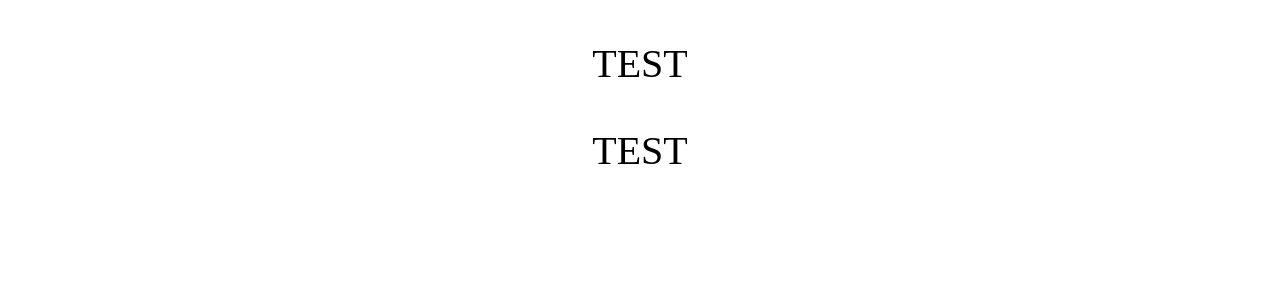
Repository: dreadlocker/testingOnPhones
Page: index.html
These files come from the project's save history. The page is drawn as it stood at one moment and after the next save; the edit follows.
The browser window is 1280 px wide. The pictures show the whole page.

Above is the page before, as saved 2018-06-01 18:26:35.

After the next save:
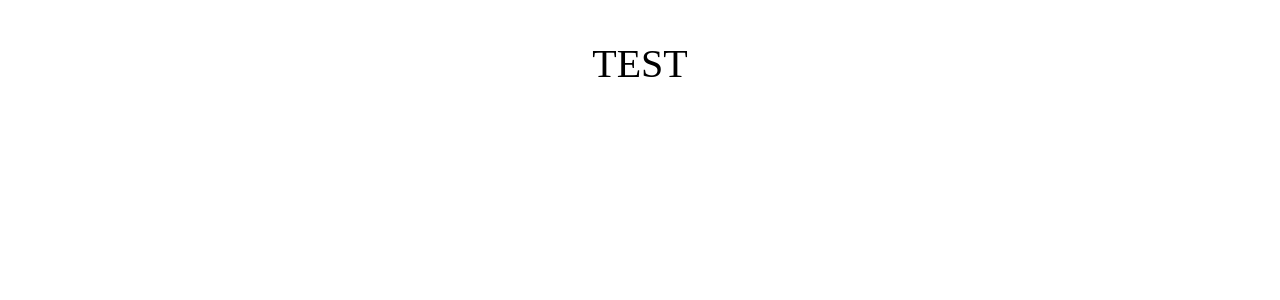
Saved 5 s later.
--- a/index.html
+++ b/index.html
@@ -27,7 +27,6 @@
 
 <body>
     <p style="text-align: center; font-size: 40px;">TEST</p>
-    <p style="text-align: center; font-size: 40px;">TEST</p>
 
     <script>
         document.addEventListener('touchmove', function (event) {

After the 2 saves that followed:
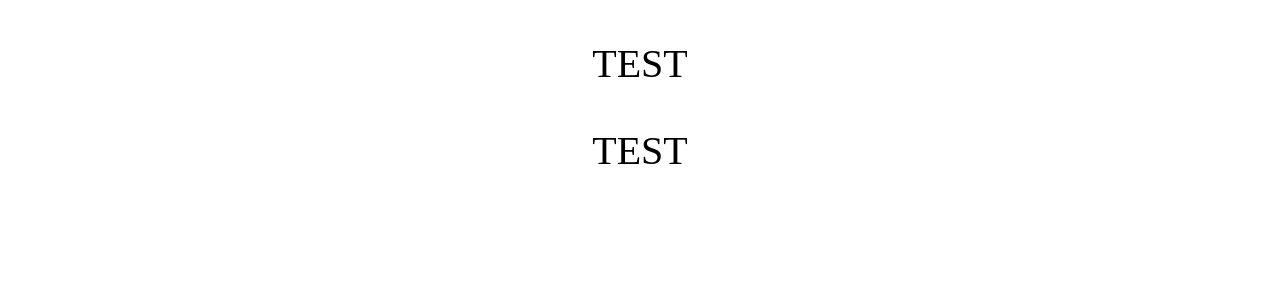
The 2 saves are shown as one change because 1 left the picture as it was.
The last was saved 2 min 38 s later.
--- a/index.html
+++ b/index.html
@@ -27,9 +27,10 @@
 
 <body>
     <p style="text-align: center; font-size: 40px;">TEST</p>
+    <p style="text-align: center; font-size: 40px;">TEST</p>
 
     <script>
-        document.addEventListener('touchmove', function (event) {
+        document.addEventListener('gesturestart', function (event) {
                 alert(event);
                 alert(event.scale);
             if (event.scale !== 1) {
